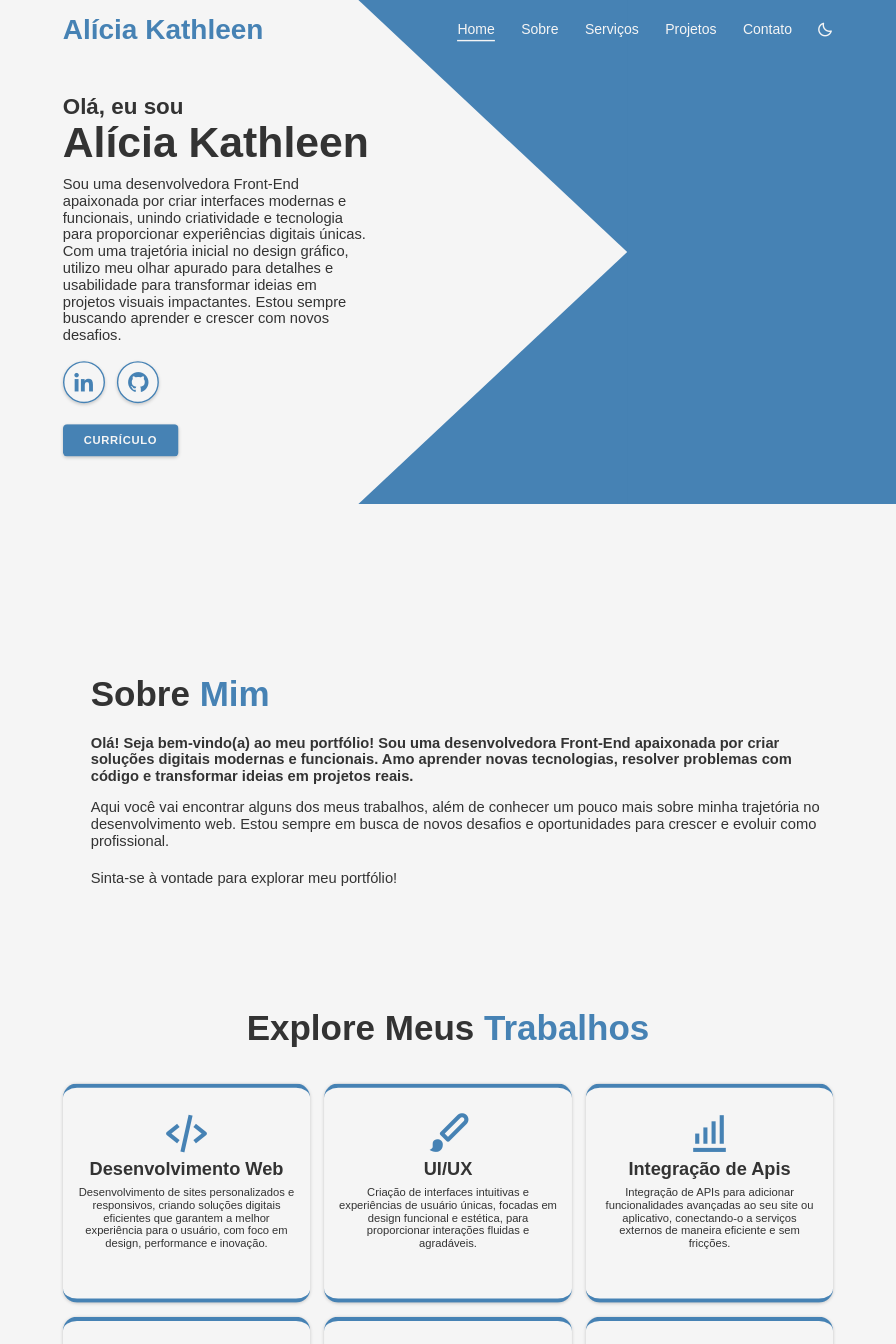
Repository: AliciaKathleen/portfolio-2025
Page: index.html
These files come from the project's save history. The page is drawn as it stood at one moment and after the next save; the edit follows.
The browser window is 1280 px wide. The pictures show the part of the page from y = 0 to 1920 px (the page is 4116 px tall), at 70% of full size.

Above is the page before, as saved 2025-01-27 17:18:25.
Console error: TypeError: Cannot read properties of null (reading 'classList')

### index.html
<!DOCTYPE html>
<html lang="en">
<head>
    <meta charset="UTF-8">
    <meta http-equiv="X-UA-Compatible" content="IE=edge">
    <meta name="viewport" content="width=device-width, initial-scale=1.0">
    <link rel="stylesheet" href="https://cdn.jsdelivr.net/npm/swiper@9/swiper-bundle.min.css" />
    <link href='https://unpkg.com/boxicons@2.1.4/css/boxicons.min.css' rel='stylesheet'>
    <link rel="stylesheet" href="style.css">
    <title>Alícia Kathleen</title>
</head>
<body>
    <header class="header">
        <a href="#" class="logo">Alícia Kathleen</a>

        <nav class="navbar">
            <a href="#home" class="active">Home</a>
            <a href="#about">Sobre</a>
            <a href="#services">Serviços</a>
            <a href="#portfolio">Projetos</a>
            <a href="#contact">Contato</a>
        </nav>

        <div class="bx bx-moon" id="darkMode-icon"></div>
        <div class="bx bx-menu" id="menu-icon"></div>
    </header>

    <section class="home" id="home">
        <div class="home-content">
            <h3>Olá, eu sou</h3>
            <h1>Alícia Kathleen</h1>
            <p>
                Sou uma desenvolvedora Front-End apaixonada por criar interfaces modernas e funcionais, unindo criatividade e tecnologia para proporcionar experiências digitais únicas. Com uma trajetória inicial no design gráfico, utilizo meu olhar apurado para detalhes e usabilidade para transformar ideias em projetos visuais impactantes. Estou sempre buscando aprender e crescer com novos desafios.
            </p>
            <div class="social-media">
                <a href="#"><i class='bx bxl-linkedin'></i></a>
                <a href="#"><i class='bx bxl-github'></i></a>
            </div>

            <a href="#" class="btn">CURRÍCULO</a>
        </div>

        <div class="profession-container">
            <div class="profession-box">
            </div>
            <div class="overlay"></div>
        </div>

        <div class="home-img">
            <img src="" alt="">
        </div>
    </section>

    <section class="about" id="about">
        <div class="about-img">
            <img src="" alt="">
        </div>

        <div class="about-content">
            <h2 class="heading">Sobre <span>Mim</span></h2>
            <h3>
                Olá! Seja bem-vindo(a) ao meu portfólio! Sou uma desenvolvedora Front-End apaixonada por criar soluções digitais modernas e funcionais. Amo aprender novas tecnologias, resolver problemas com código e transformar ideias em projetos reais.
            </h3>
            <p>
                Aqui você vai encontrar alguns dos meus trabalhos, além de conhecer um pouco mais sobre minha trajetória no desenvolvimento web. Estou sempre em busca de novos desafios e oportunidades para crescer e evoluir como profissional.
            </p>
            <p>
                Sinta-se à vontade para explorar meu portfólio!
            </p>
        </div>
    </section>

    <section class="services" id="services">
        <h2 class="heading">Explore Meus <span>Trabalhos</span></h2>
        <div class="services-container">
            <div class="services-box">
                <i class='bx bx-code-alt'></i>
                <h3>Desenvolvimento Web</h3>
                <p>Desenvolvimento de sites personalizados e responsivos, criando soluções digitais eficientes que garantem a melhor experiência para o usuário, com foco em design, performance e inovação.</p>
            </div>
            <div class="services-box">
                <i class='bx bxs-paint'></i>
                <h3>UI/UX</h3>
                <p>Criação de interfaces intuitivas e experiências de usuário únicas, focadas em design funcional e estética, para proporcionar interações fluidas e agradáveis.</p>
            </div>
            <div class="services-box">
                <i class='bx bx-bar-chart-alt'></i>
                <h3>Integração de Apis</h3>
                <p>Integração de APIs para adicionar funcionalidades avançadas ao seu site ou aplicativo, conectando-o a serviços externos de maneira eficiente e sem fricções.</p>
            </div>
            <div class="services-box">
                <i class='bx bx-code-alt'></i>
                <h3>Desenvolvimento Web</h3>
                <p>Desenvolvimento de sites personalizados e responsivos, criando soluções digitais eficientes que garantem a melhor experiência para o usuário, com foco em design, performance e inovação.</p>
            </div>
            <div class="services-box">
                <i class='bx bxs-paint'></i>
                <h3>UI/UX</h3>
                <p>Criação de interfaces intuitivas e experiências de usuário únicas, focadas em design funcional e estética, para proporcionar interações fluidas e agradáveis.</p>
            </div>
            <div class="services-box">
                <i class='bx bx-bar-chart-alt'></i>
                <h3>Integração de Apis</h3>
                <p>Integração de APIs para adicionar funcionalidades avançadas ao seu site ou aplicativo, conectando-o a serviços externos de maneira eficiente e sem fricções.</p>
            </div>
        </div>
    </section>

    <section class="resume-detail skills" id="skills">
        <h2 class="heading"><span>Skills</span></h2>
        <div class="resume-list">
            <div class="skills-container">
                <p>
                    Com sólidos conhecimentos em HTML, CSS e JavaScript, estou sempre em busca de tecnologias avançadas e boas práticas para oferecer experiências de usuário únicas e funcionais. Tenho experiência com frameworks modernos como React, além de trabalhar com integração de APIs e otimização de desempenho. Sempre em constante evolução, estou sempre aprendendo novas ferramentas e técnicas para melhorar meus projetos e entregar soluções inovadoras.
                </p>
                <div class="resume-items">
                    <div class="resume-item">
                        <i class='bx bxl-html5'></i>
                        <span>HTML</span>
                    </div>
                    <div class="resume-item">
                        <i class='bx bxl-css3'></i>
                        <span>CSS3</span>
                    </div>
                    <div class="resume-item">
                        <i class='bx bxl-javascript'></i>
                        <span>JavaScript</span>
                    </div>
                    <div class="resume-item">
                        <i class='bx bxl-python'></i>
                        <span>Python</span>
                    </div>
                    <div class="resume-item">
                        <i class='bx bxl-react'></i>
                        <span>ReactJS</span>
                    </div>
                    <div class="resume-item">
                        <i class='bx bxl-figma'></i>
                        <span>Figma</span>
                    </div>
                </div>
            </div>
        </div>
    </section>

    <section class="portfolio" id="portfolio">
        <h2 class="heading"><span>Projetos</span></h2>

        <div class="portfolio-container">
            <div class="portfolio-box">
                <img src="images/portfolio.jpg" alt="">

                <div class="portfolio-layer">
                    <h4>Web Design</h4>
                    <p>Lorem ipsum dolor sit amet consectetur adipisicing elit. Similique, ipsam est.</p>
                    <a href="#"><i class='bx bx-link-external'></i></a>
                </div>
            </div>
            <div class="portfolio-box">
                <img src="images/portfolio.jpg" alt="">

                <div class="portfolio-layer">
                    <h4>Projeto em construção</h4>
                    <p>Em breve...</p>
                    <a href="#"><i class='bx bx-link-external'></i></a>
                </div>
            </div>
            <div class="portfolio-box">
                <img src="images/portfolio.jpg" alt="">

                <div class="portfolio-layer">
                    <h4>Projeto em construção</h4>
                    <p>Em breve...</p>
                    <a href="#"><i class='bx bx-link-external'></i></a>
                </div>
            </div>
            <div class="portfolio-box">
                <img src="images/portfolio.jpg" alt="">

                <div class="portfolio-layer">
                    <h4>Projeto em construção</h4>
                    <p>Em breve...</p>
                    <a href="#"><i class='bx bx-link-external'></i></a>
                </div>
            </div>
            <div class="portfolio-box">
                <img src="images/portfolio.jpg" alt="">

                <div class="portfolio-layer">
                    <h4>Projeto em construção</h4>
                    <p>Em breve...</p>
                    <a href="#"><i class='bx bx-link-external'></i></a>
                </div>
            </div>
            <div class="portfolio-box">
                <img src="images/portfolio.jpg" alt="">

                <div class="portfolio-layer">
                    <h4>Projeto em construção</h4>
                    <p>Em breve...</p>
                    <a href="#"><i class='bx bx-link-external'></i></a>
                </div>
            </div>
        </div>
    </section>

    <section class="contact" id="contact">
        <h2 class="heading">Entre em<span>Contato</span></h2>

        <form action="#">
            <div class="input-box">
                <input type="text" placeholder="Full Name">
                <input type="email" placeholder="Email Address">
            </div>
            <div class="input-box">
                <input type="number" placeholder="Mobile Number">
                <input type="text" placeholder="Email Subject">
            </div>
            <textarea name="" id="" cols="30" rows="10" placeholder="Your Message"></textarea>
            <input type="submit" value="Send Message" class="btn">
        </form>
    </section>

    <footer class="footer">
        <div class="footer-text">
            <p>Copyright &copy; 2025 | Todos os direitos reservados.</p>
        </div>

        <div class="footer-iconTop">
            <a href="#home"><i class='bx bx-up-arrow-alt'></i></a>
        </div>
    </footer>

    <script src="https://unpkg.com/scrollreveal"></script>
    <script src="https://cdn.jsdelivr.net/npm/swiper@9/swiper-bundle.min.js"></script>
    <script src="script.js"></script>
</body>
</html>

Loaded but not shown: script.js (67 lines, source omitted); style.css (894 lines, source omitted)

After the next save:
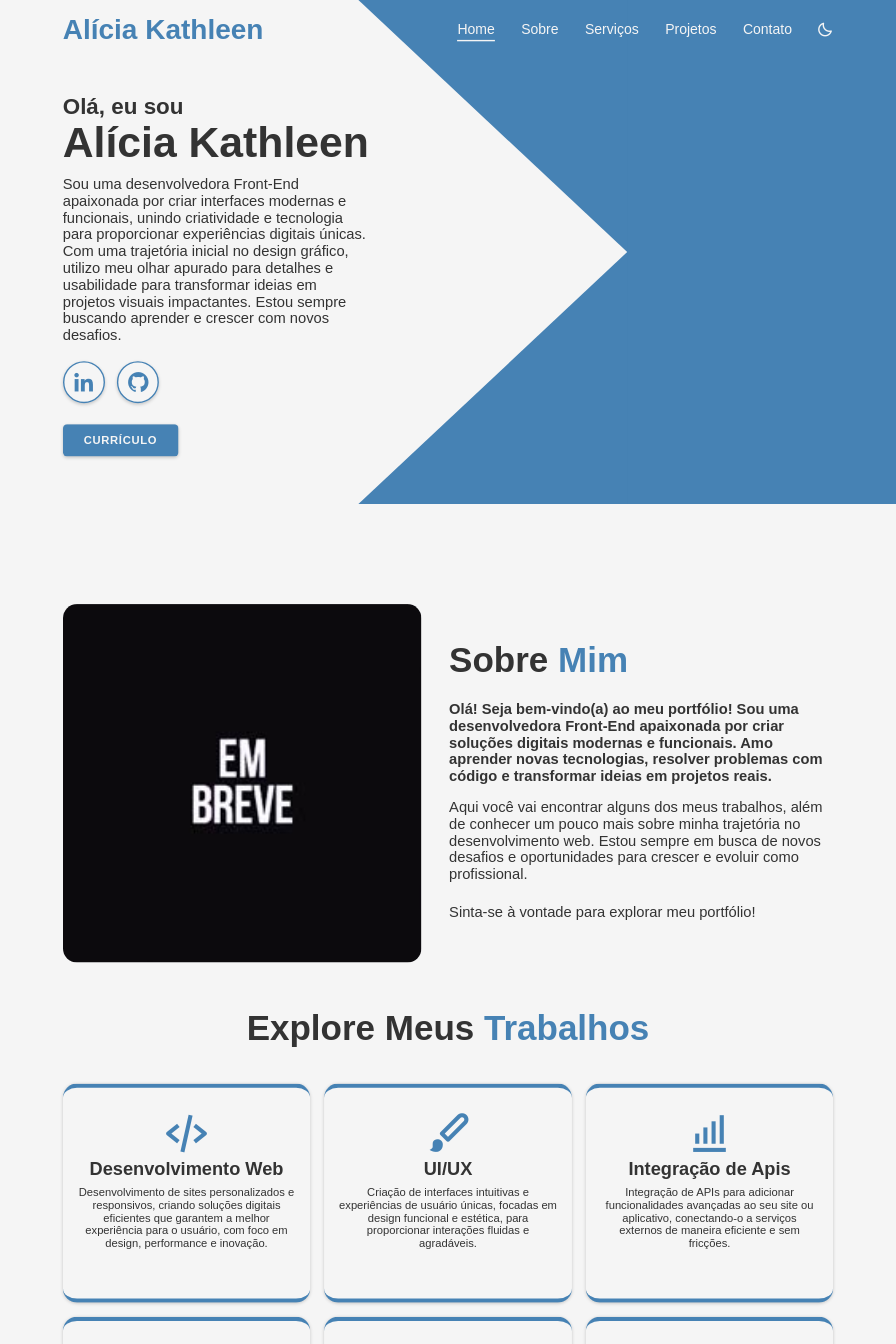
Saved 10 s later.
--- a/index.html
+++ b/index.html
@@ -53,7 +53,7 @@
 
     <section class="about" id="about">
         <div class="about-img">
-            <img src="" alt="">
+            <img src="images/portfolio.jpg" alt="">
         </div>
 
         <div class="about-content">
